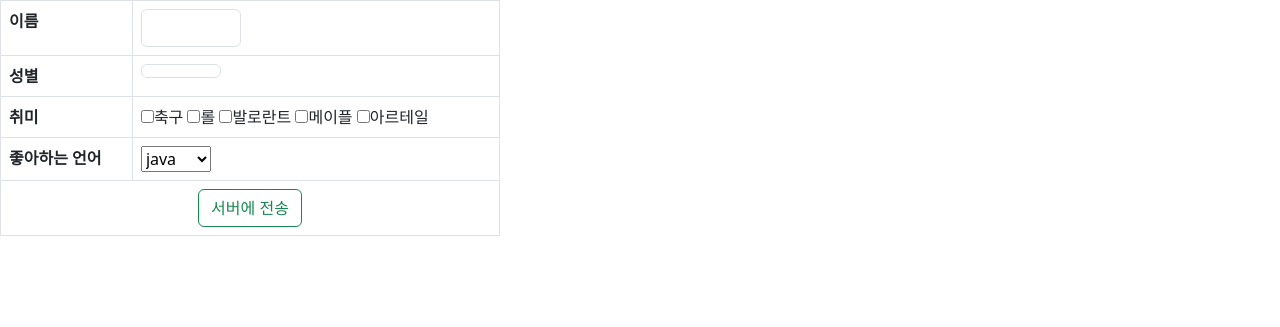
Repository: ssung2sin/sist0615_spring
Page: http://localhost/SpringMvcRead5/naver/form1
These files come from the project's save history. The page is drawn as it stood at one moment and after the next save; the edit follows.
The browser window is 1280 px wide. The pictures show the whole page.
Some web fonts or font styles are not loaded; a fallback is used. The page is served by Tomcat 9. Other server files are loaded and not shown.

Above is the page before, as saved 2023-10-10 06:29:46.

### SpringMvcRead5/src/main/webapp/WEB-INF/day1010/form1.jsp
<%@ page language="java" contentType="text/html; charset=UTF-8"
    pageEncoding="UTF-8"%>
<%@ taglib uri="http://java.sun.com/jsp/jstl/core" prefix="c"%>
<%@ taglib uri="http://java.sun.com/jsp/jstl/fmt" prefix="fmt"%>
<!DOCTYPE html>
<html>
<head>
<meta charset="UTF-8">
<link href="https://cdn.jsdelivr.net/npm/bootstrap@5.3.0/dist/css/bootstrap.min.css" rel="stylesheet">
<link href="https://fonts.googleapis.com/css2?family=Dongle:wght@300&family=Gaegu:wght@300&family=Nanum+Pen+Script&family=Sunflower:wght@300&display=swap" rel="stylesheet">
<script src="https://code.jquery.com/jquery-3.7.0.js"></script>
<title>Insert title here</title>
</head>
<body>
<form action="read1" method="post">
	<table class="table table-bordered" style="width: 500px;">
		<tr>
			<th wid>이름</th>
			<td><input type="text" class="form-control" name="name" style="width:100px;"></td>
		</tr>
		<tr>
			<th>성별</th>
			<td><input type="radio" class="form-control" name="gender" style="width:80px;"></td>
		</tr>
		<tr>
			<th>취미</th>
			<td><input type="checkbox" value="축구" name="hobby">축구
			<input type="checkbox" value="롤" name="hobby">롤
			<input type="checkbox" value="발로란트" name="hobby">발로란트
			<input type="checkbox" value="메이플" name="hobby">메이플
			<input type="checkbox" value="아르테일" name="hobby">아르테일
			</td>
		</tr>
		<tr>
			<th>좋아하는 언어</th>
			<td>
				<select name="language">
					<option value="java">java</option>
					<option value="html">html</option>
					<option value="oracle">oracle</option>
					<option value="jsp">jsp</option>
					<option value="spring">spring</option>
				</select>
			</td>
		</tr>
		<tr>
			<td colspan="2" align="center"><button type="submit" class="btn btn-outline-success">서버에 전송</button></td>
		</tr>
	</table>
</form>
</body>
</html>

After the next save:
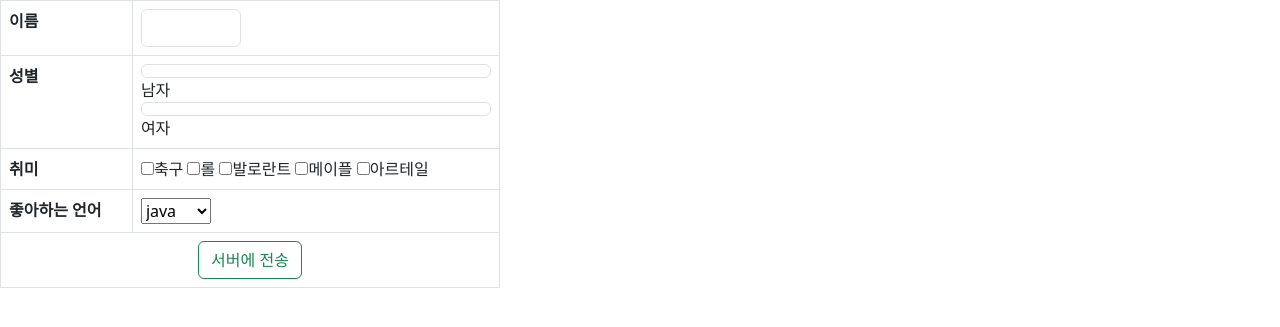
Saved 39 s later.
--- a/SpringMvcRead5/src/main/webapp/WEB-INF/day1010/form1.jsp
+++ b/SpringMvcRead5/src/main/webapp/WEB-INF/day1010/form1.jsp
@@ -20,7 +20,10 @@
 		</tr>
 		<tr>
 			<th>성별</th>
-			<td><input type="radio" class="form-control" name="gender" style="width:80px;"></td>
+			<td>
+				<input type="radio" class="form-control" name="gender" value="남자">남자
+				<input type="radio" class="form-control" name="gender" value="여자">여자
+			</td>
 		</tr>
 		<tr>
 			<th>취미</th>
